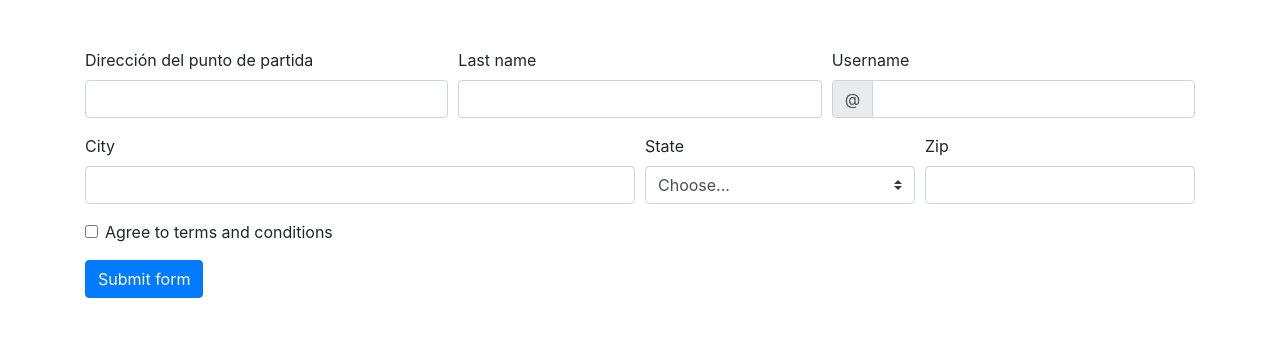
Repository: Jassan851031/foreachTask
Page: /
These files come from the project's save history. The page is drawn as it stood at one moment and after the next save; the edit follows.
The browser window is 1280 px wide. The pictures show the whole page.
The project was rebuilt for these pictures with package versions that can differ from the ones it lists, and the page was loaded fresh each time. Also part of the build but not shown: src/App.css.

Above is the page before, as saved 2020-03-23 14:57:57.

After the next save:
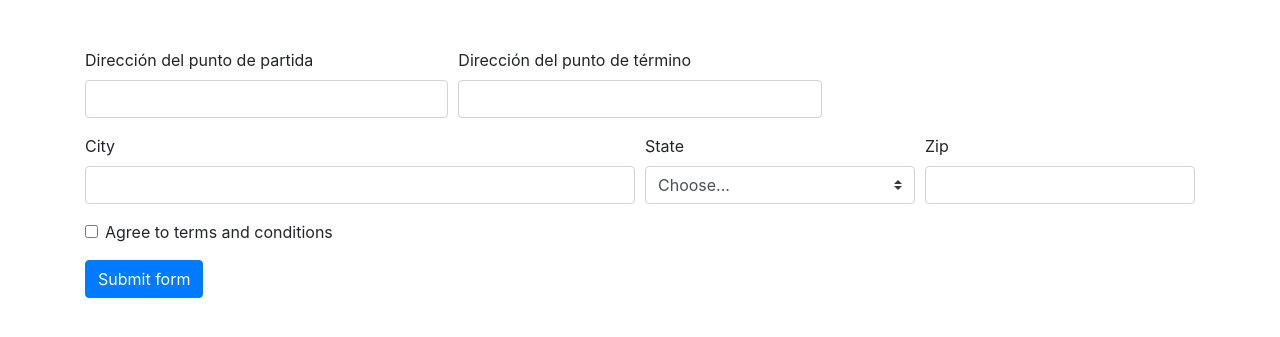
Saved 101 s later.
--- a/src/App.js
+++ b/src/App.js
@@ -13,17 +13,8 @@ function App() {
                 <input type="text" className="form-control" id="validationDefault01" required />
               </div>
               <div className="col-md-4 mb-3">
-                <label for="validationDefault02">Last name</label>
+              <label className="form-label">Dirección del punto de término</label>
                 <input type="text" className="form-control" id="validationDefault02" required />
-              </div>
-              <div className="col-md-4 mb-3">
-                <label for="validationDefaultUsername">Username</label>
-                <div className="input-group">
-                  <div className="input-group-prepend">
-                    <span className="input-group-text" id="inputGroupPrepend2">@</span>
-                  </div>
-                  <input type="text" className="form-control" id="validationDefaultUsername" aria-describedby="inputGroupPrepend2" required />
-                </div>
               </div>
             </div>
             <div className="form-row">
